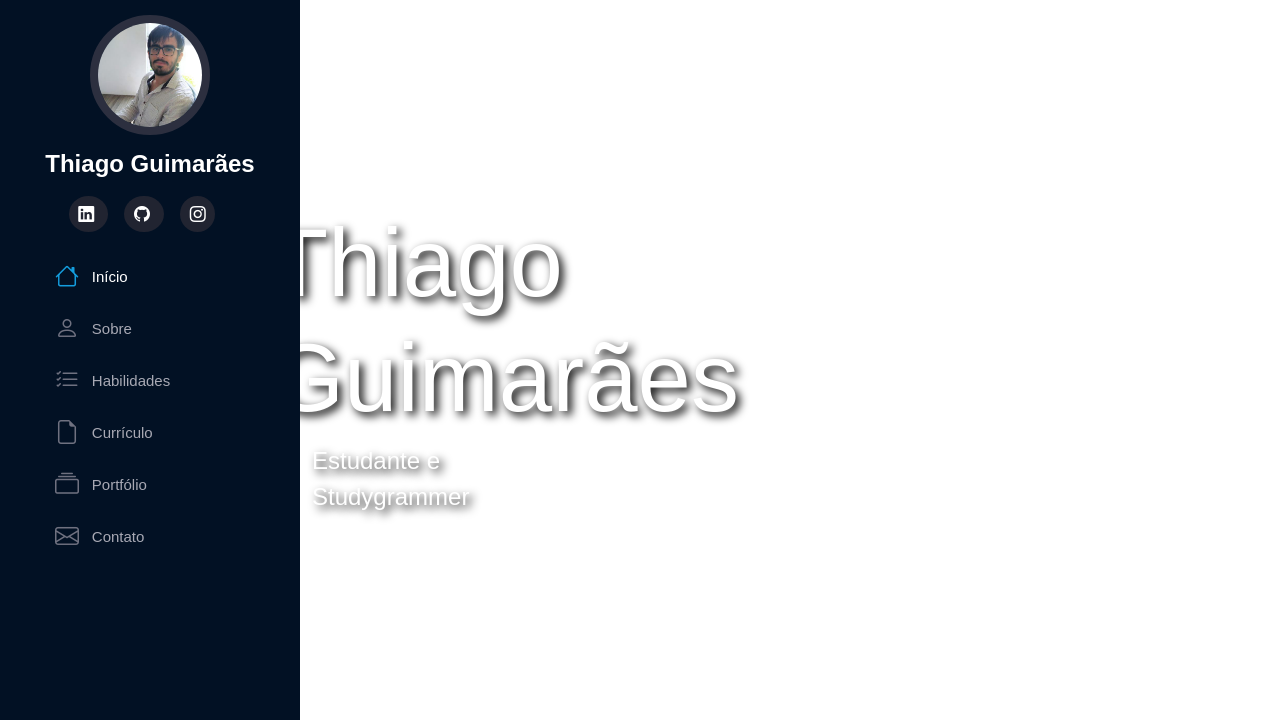
Repository: Rayago/projeto-portfolio
Page: http://localhost/
The author's editor kept a copy of each file at every save. The page is drawn from the files as they stood at one save, then again after the next save.
The browser window is 1280 px wide. The pictures show the whole page.
Some web fonts or font styles are not loaded; a fallback is used. The page is served by the project's application, run on Flask 3 (app.py).

Above is the page before, as saved 2022-07-12 20:30:08.
Not found: static/img/bannerPortifolio.png

### templates/index.html
<!DOCTYPE html>
<html lang="pt-br">
<head>
    <meta charset="UTF-8">
    <meta http-equiv="X-UA-Compatible" content="IE=edge">
    <meta name="viewport" content="width=device-width, initial-scale=1.0">
    <link rel="stylesheet" href="../static/bootstrap/css/bootstrap.css">
    <link rel="stylesheet" href="../static/style.css">
    <link rel="icon" type="image/png" href="../static/img">
    <link rel="stylesheet" href="https://cdn.jsdelivr.net/npm/bootstrap-icons@1.8.3/font/bootstrap-icons.css">
    <title>Thiago Guimarães</title>
</head>
<body>

    <i class="bi bi-list menu-mobile"></i>

    <aside id="header">
        <section class="profile">
            <img src="../static/img/meu_perfil.jpg" alt="Foto Perfil"/>
            <h1>Thiago Guimarães</h1>
            <div class="social-links mt-4 text-center">
                <a target="_blank" href="https://www.linkedin.com/in/raymundo-thiago">
                    <i class="bi bi-linkedin"></i>
                </a>
                <a target="_blank" href="https://www.github.com/Rayago">
                    <i class="bi bi-github"></i>
                </a>
                <a target="_blank" href="https://www.instagram.com/estudatech">
                    <i class="bi bi-instagram"></i>
                </a>
            </div>
        </section>

        <nav id="navbar" class="nav-menu">
            <ul class="nav flex-column">
                <li class="nav-item">
                  <a class="nav-link active" aria-current="page" href="#"><i class="bi bi-house" aria-hidden="true"></i> Início</a>
                </li>
                <li class="nav-item">
                  <a class="nav-link" href="#"><i class="bi bi-person" aria-hidden="true"></i> Sobre</a>
                </li>
                <li class="nav-item">
                  <a class="nav-link" href="#"><i class="bi bi-list-check" aria-hidden="true"></i> Habilidades</a>
                </li>
                <li class="nav-item">
                    <a class="nav-link" aria-current="page" href="#"><i class="bi bi-file-earmark" aria-hidden="true"></i> Currículo</a>
                </li>
                <li class="nav-item">
                    <a class="nav-link" href="#"><i class="bi bi-collection" aria-hidden="true"></i> Portfólio</a>
                </li>
                <li class="nav-item">
                    <a class="nav-link" href="#"><i class="bi bi-envelope" aria-hidden="true"></i> Contato</a>
                </li>
              </ul>
        </nav>

    </aside>

    <main id="main">

        <section id="inicio" class="row m-0 p-0">
            <div class="col-md-5 d-flex justify-content-center align-items-center flex-column">
                <h2 class="text-white text-shadow">Thiago Guimarães</h2>
                <span id="subtitle" class="text-white text-shadow">Estudante e Studygrammer</span>
            </div>

            <div class="col-md-7 d-flex justify-content-end align-items-end">
                <div id="arraste" class="d-flex align-items-center">
                    <i class="bi bi-arrow-down text-white pe-2 fs-2" aria-hidden="true"></i>
                    <a href="">Arraste para mais</a>
                </div>

            </div>
        </section>

    </main>

    <script src="../static/bootstrap/js/bootstrap.bundle.min.js"></script>
    <script src="../static/script.js"></script>
</body>
</html>

### app.py
from flask import Flask, render_template, redirect

app = Flask(__name__)

@app.route('/')
def index():
    return render_template('index.html')

if __name__ == '__main__':
    app.run(debug=True)

### static/style.css
@import url('https://fonts.googleapis.com/css2?family=Ubuntu:ital,wght@0,300;0,400;0,500;0,700;1,300;1,400;1,500;1,700&display=swap');

html,
body {
  font-family: Ubuntu, Arial;
  width: 100%;
  height: 100%;
}

#header {
  position: fixed;
  top: 0;
  left: 0;
  bottom: 0;
  background: #021124;
  overflow-y: auto;
  width: 300px;
  transition: all ease-in-out 0.5s;
  padding: 0 15px;
  z-index: 9997;
}

#header .profile img {
  margin: 15px auto;
  display: block;
  width: 120px;
  border: 8px solid #2c2f3f;
  border-radius: 50%;
}

#header .profile h1 {
  font-size: 24px;
  margin: 0;
  padding: 0;
  font-weight: 600;
  text-align: center;
  color: #fff;
}

#header .profile .social-links a {
  font-size: 1rem;
  background: #212431;
  color: #fff;
  padding: 0.6rem;
  margin-right: 1rem;
  border-radius: 50%;
  transition: 0.3s;
  text-decoration: none;
}

#header .profile .social-links a:hover {
  background: #149ddd;
}

.nav-menu {
  padding: 1.5rem;
}

.nav-menu a,
.nav-menu a:focus {
  display: flex;
  align-items: center;
  color: #a8a9b4;
  transition: 0.3s;
  font-size: 15px;
}

.nav-menu a i,
.nav-menu a:focus i {
  font-size: 24px;
  padding-right: 0.8rem;
  color: #6f7180;
}

.nav-menu a:hover,
.nav-menu .active,
.nav-menu .active:focus,
.nav-menu li:hover > a {
  text-decoration: none;
  color: #fff;
}

.nav-menu a:hover i,
.nav-menu .active i,
.nav-menu .active:focus i,
.nav-menu li:hover > a i {
  color: #149ddd;
}

#main {
  margin-left: 300px;
}

section#inicio {
  background-image: url("./img/bannerPortifolio.png");
  background-repeat: no-repeat;
  background-size: cover;
  background-attachment: fixed;
  background-position: center;

  width: 100%;
  height: 100vh;
}

section#inicio h2 {
  font-size: 6rem;
}

section#inicio span#subtitle {
  margin-right: 8rem;
  font-size: 1.5rem;
}

.text-shadow {
  text-shadow: 4px 4px 10px #000000;
}

section#inicio div#arraste {
  width: 9rem;
}

section#inicio div#arraste a {
  text-decoration: none;
  color: #fff;
}

i.menu-mobile {
  position: fixed;
  color: #fff;
  background-color: #252c90;
  right: 1rem;
  top: 1rem;
  font-size: 1.5rem;
  border-radius: 4rem;
  cursor: pointer;
  z-index: 10;
  width: 45px;
  height: 45px;
  display: none;
  justify-content: center;
  align-items: center;
}

.menu-nav-active {
    overflow: hidden;
}

.menu-nav-active #header {
    left: 0;
}

@media (max-width: 1024px) {
  #header {
    left: -300px;
  }
  i.menu-mobile{
    display: flex;
  }
  section#inicio h2{
    font-size: 3.5rem ;
  }
  section#inicio span#subtitle{
    margin-right: 0;
    font-size: 1rem;
  }
  #main{
      margin-left: 0;
  }
}

*::-webkit-scrollbar {
  width: 10px;
}

*::-webkit-scrollbar-track {
  width: 12px;
  box-shadow: inset 0 0 .3rem #00000050;
  background-color: #fff ;
}

*::-webkit-scrollbar-thumb {
  background-color: #252c90;
}

.section-bg{
  background-color: #eff5ff;
}

.cv .cv-title{
  font-weight: 700;
  margin-top: 20px;
  margin-bottom: 20px;
  color: #050d18;
}

.cv .cv-item {
  padding: 0 0 20px 20px;
  margin-top: -2px;
  border-left: 2px solid #1f5297;
  position: relative;
}

.cv .cv-item h4 {
  line-height: 18px;
  font-weight: 600;
  text-transform: uppercase;
  font-family: "Poppins", sans-serif;
  color: #050d18;
  margin-bottom: 10px;
}

.cv .cv-item h5 {
  background: #e4edf9;
  padding: 5px 15px;
  display: inline-block;
  font-weight: 600;
  margin-bottom: 10px;
}

.cv .cv-item::before {
  content: "";
  position: absolute;
  top: 0;
  left: -9px;
  width: 16px;
  height: 16px;
  border: 2px solid #1f5297;
  background: #fff;
  border-radius: 50%;
}

.carousel-control-prev{
  margin-left: -8rem;
}

.carousel-control-next{
  margin-right: -8rem;
}

.carousel-indicators{
  margin-bottom: -35px;
}

/* Animação */

[data-anime] {
  opacity: 0;
  transition: 1s;
}

[data-anime="down"] {
  transform: translate3d(0, -100%, 0);
}

[data-anime="up"] {
  transform: translate3d(0, 100%, 0);
}

[data-anime="left"] {
  transform: translate3d(-100%, 0, 0);
}

[data-anime="right"] {
  transform: translate3d(50px ,0 ,0);
}

[data-anime].animate {
  opacity: 1;
  transform: translate3d(0 ,0 ,0);
}

@media (max-width: 1860px){
  .carousel-control-prev{
    margin-left: 0;
  }

  .carousel-control-next{
    margin-right: 0;
  }

  [data-anime="right"] {
    transform: translate3d(0, 100%, 0);
  }
}

#btn-enviar-loader{
  display: none;
}

#alerta {
  position: fixed;
  z-index: 10;
  top: 30px;
  right: 30px;
}

#footer{
  padding: 15px;
  color: #fff;
  font-size: 14px;
  position: fixed;
  left: 0;
  bottom: 0;
  width: 300px;
  z-index: 9999;
  background-color: #021124;
  transition: .3s;
}

@media (max-width: 1012px) {
  #footer{
    position: static;
    width: auto;
    padding: 20px 15px;
  }
}

### static/script.js
/*Abre e fecha menu lateral no mobile */

const menuMobile = document.querySelector('.menu-mobile')
const body = document.querySelector('body')

menuMobile.addEventListener('click', () => {
    menuMobile.classList.contains("bi-list")
    ? menuMobile.classList.replace("bi-list", "bi-x")
    : menuMobile.classList.replace("bi-x", "bi-list")
})

Loaded but not shown: static/bootstrap/css/bootstrap.css (library); static/bootstrap/js/bootstrap.bundle.min.js (library)

After the next save:
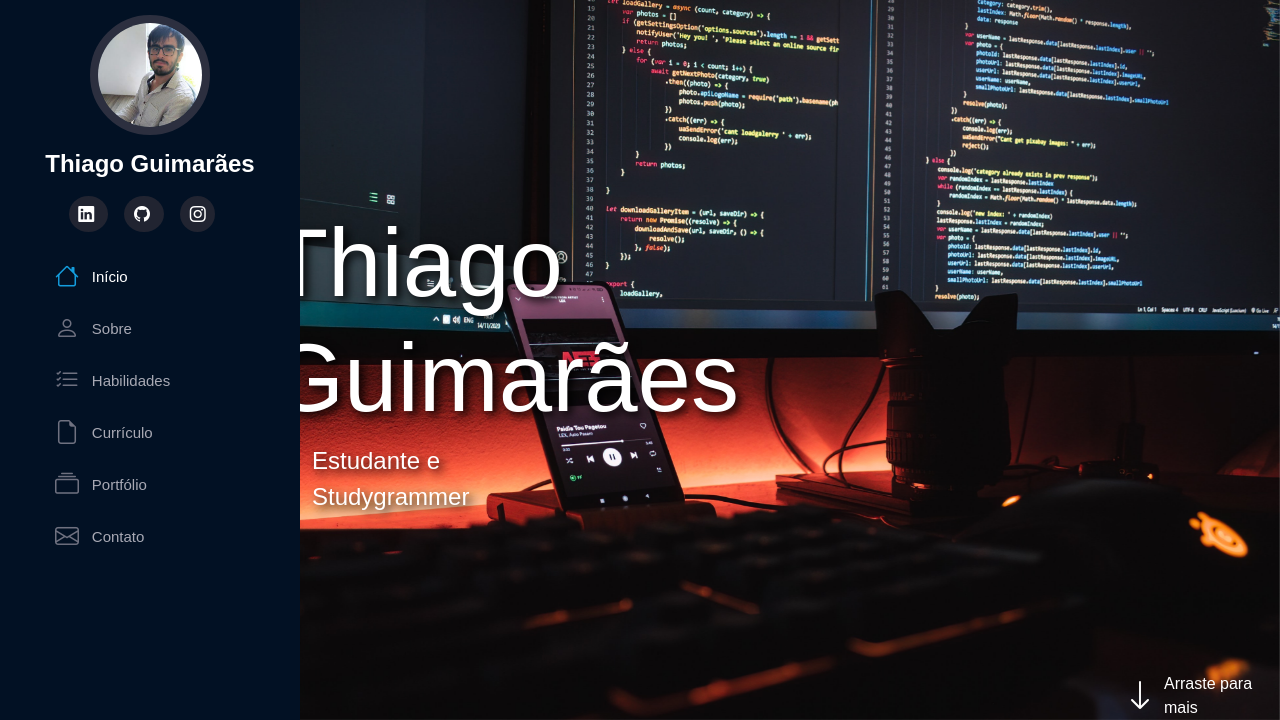
Saved 25 s later.
--- a/static/style.css
+++ b/static/style.css
@@ -92,7 +92,7 @@ body {
 }
 
 section#inicio {
-  background-image: url("./img/bannerPortifolio.png");
+  background-image: url("./img/banner.jpg");
   background-repeat: no-repeat;
   background-size: cover;
   background-attachment: fixed;
